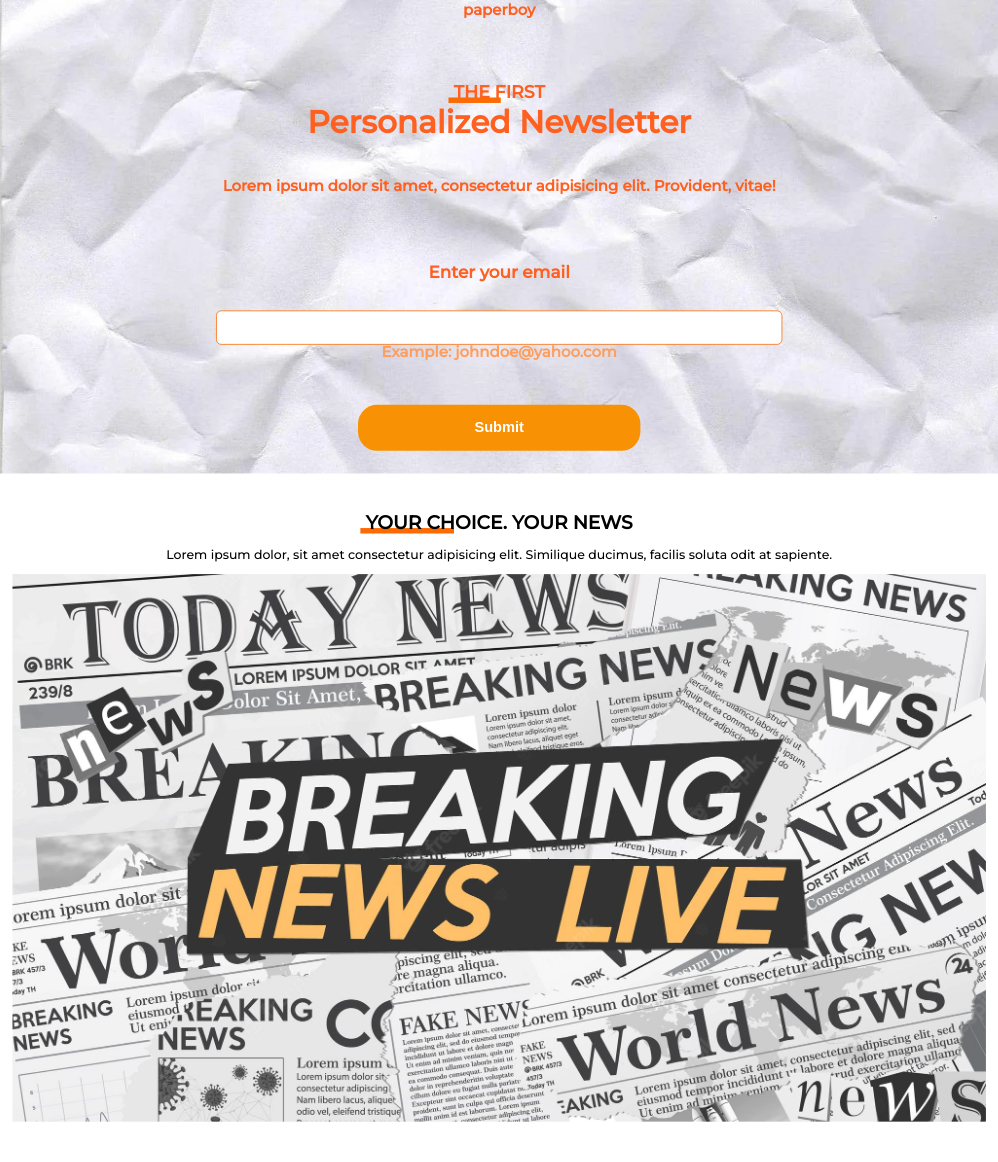
Repository: Gionnn/proiecte
Page: index.html
An editor plug-in stored every save of this project. The page is shown before and after the next save, followed by the edit.
The browser window is 1280 px wide. The pictures show the whole page, at 78% of full size.

Above is the page before, as saved 2022-11-28 12:19:45.

After the next save:
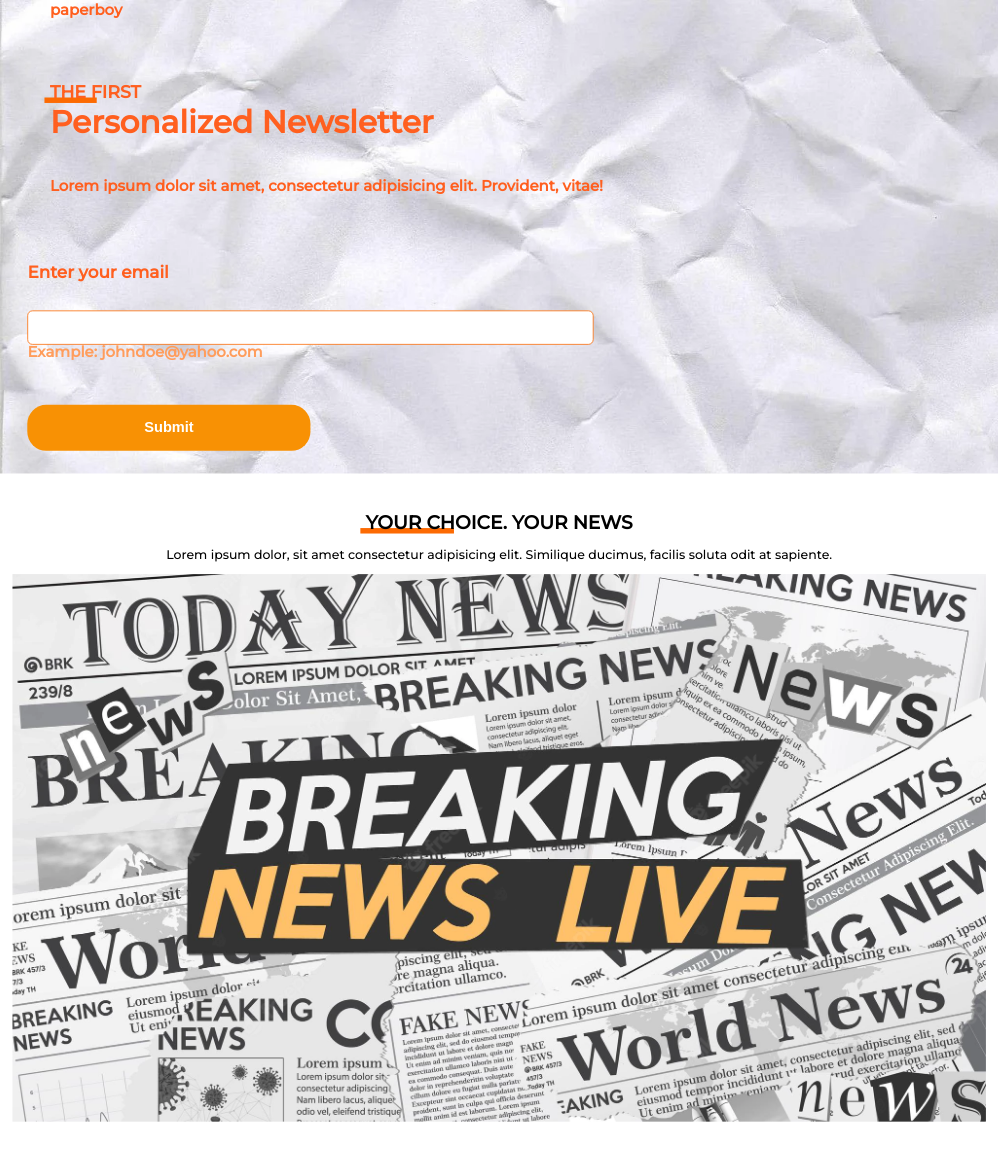
Saved 2 min 50 s later.
--- a/css/main.css
+++ b/css/main.css
@@ -135,7 +135,7 @@ p {
 
 @media (min-width: 930px) {
   .hero-bg {
-    text-aling: left;
+    text-align: left;
   }
   .hero-bg p {
     margin: 0 0 3em;
